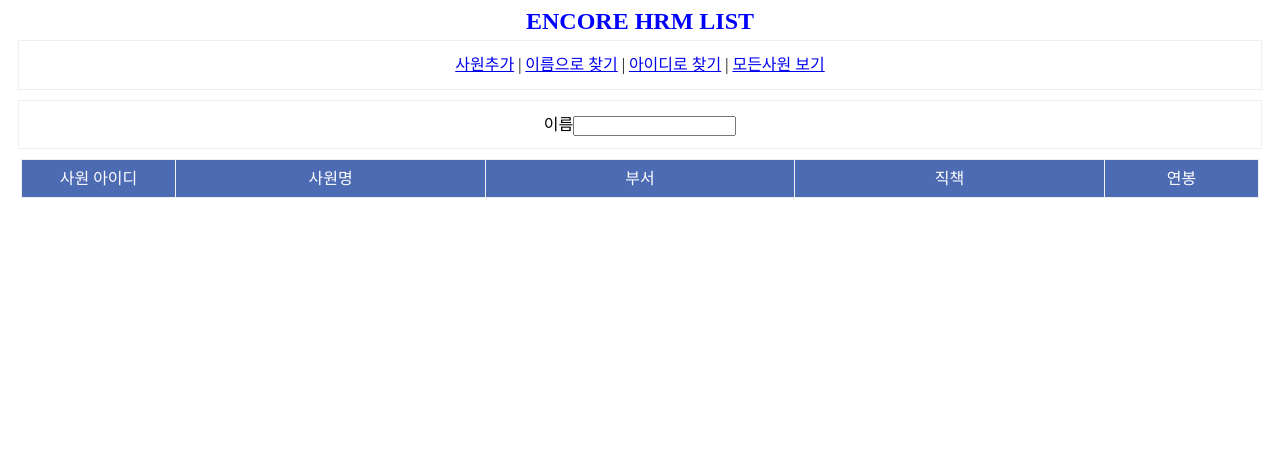
Repository: KangHoi/encore_vueWorkspace
Page: vue05_EncoreHRM/WebContent/index04.html
These files come from the project's save history. The page is drawn as it stood at one moment and after the next save; the edit follows.
The browser window is 1280 px wide. The pictures show the whole page.
Some web libraries are served in a nearby version.

Above is the page before, as saved 2021-07-14 02:08:59.

After the next save:
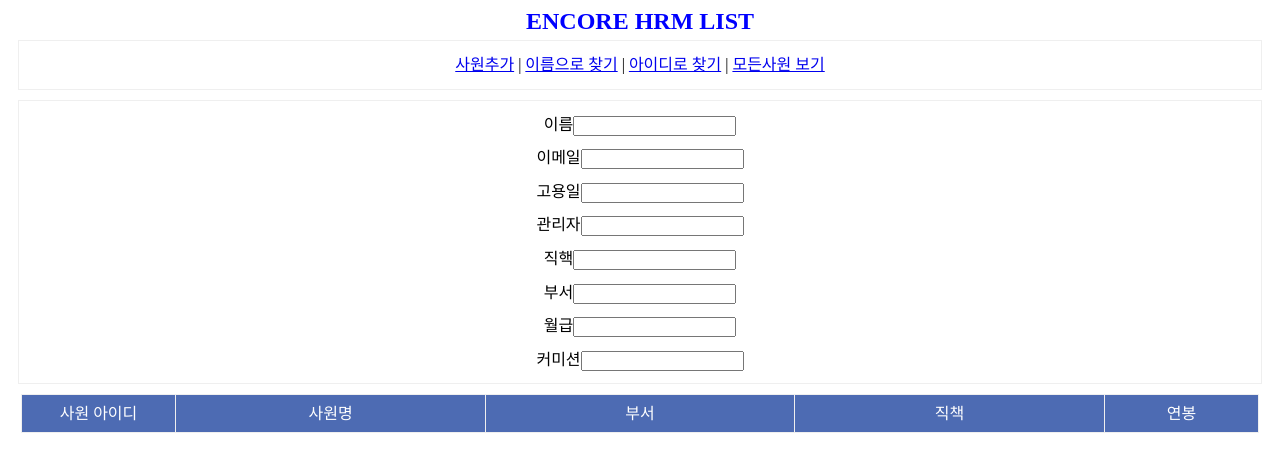
Saved 6 min 25 s later.
--- a/vue05_EncoreHRM/WebContent/index04.html
+++ b/vue05_EncoreHRM/WebContent/index04.html
@@ -23,7 +23,15 @@
 
 		<!-- 사원추가 폼 -->
 		<div class="search_box" align="center">
-			<td>이름<input type="text"></td>
+			<td>이름<input type="text"></td>	<br>
+			<td>이메일<input type="text"></td>	<br>
+			<td>고용일<input type="text"></td>	<br>
+			<td>관리자<input type="text"></td>	<br>
+			<td>직핵<input type="text"></td>	<br>
+			<td>부서<input type="text"></td>	<br>
+			<td>월급<input type="text"></td>	<br>
+			<td>커미션<input type="text"></td>	<br>
+
 		</div>
 
 

After the save that followed:
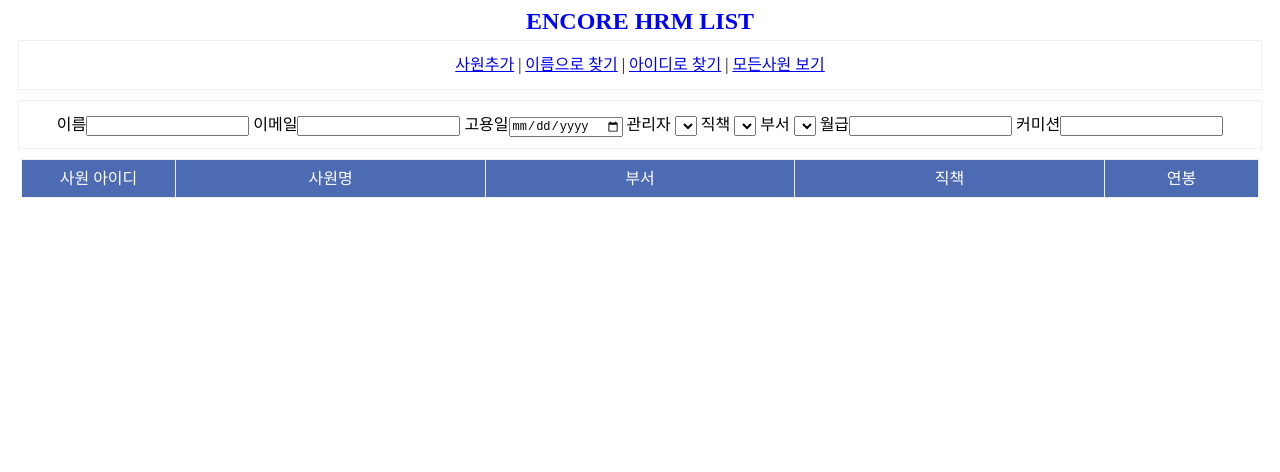
Saved 11 min 23 s later.
--- a/vue05_EncoreHRM/WebContent/index04.html
+++ b/vue05_EncoreHRM/WebContent/index04.html
@@ -23,14 +23,34 @@
 
 		<!-- 사원추가 폼 -->
 		<div class="search_box" align="center">
-			<td>이름<input type="text"></td>	<br>
-			<td>이메일<input type="text"></td>	<br>
-			<td>고용일<input type="text"></td>	<br>
-			<td>관리자<input type="text"></td>	<br>
-			<td>직핵<input type="text"></td>	<br>
-			<td>부서<input type="text"></td>	<br>
-			<td>월급<input type="text"></td>	<br>
-			<td>커미션<input type="text"></td>	<br>
+			<tr><th>이름</th><td><input type="text"></td></tr>
+			<tr><th>이메일</th><td><input type="text"></td></tr>
+			<tr><th>고용일</th><td><input type="date"></td></tr>
+
+			<tr><th>관리자</th><td>
+			<select name="managerid" v-model="managerid">
+				<option v-for="emp in info" :value="emp.manager_id">
+					{{emp.manager_id}}
+				</option>
+			</select>
+			</td></tr>
+
+			<tr><th>직책</th><td>
+			<select name="title" v-model="title">
+				<option v-for="emp in info" :value="emp.title">
+					{{emp.title}}
+				</option>
+			</select>
+			</td></tr>
+			<tr><th>부서</th><td>
+			<select name="dept_id" v-model="dept_id">
+				<option v-for="emp in info" :value="emp.dept_id">
+					{{emp.dept_id}}
+				</option>
+			</select>
+			</td></tr>
+			<tr><th>월급</th><td><input type="text"></td></tr>
+			<tr><th>커미션</th><td><input type="text"></td></tr>
 
 		</div>
 
